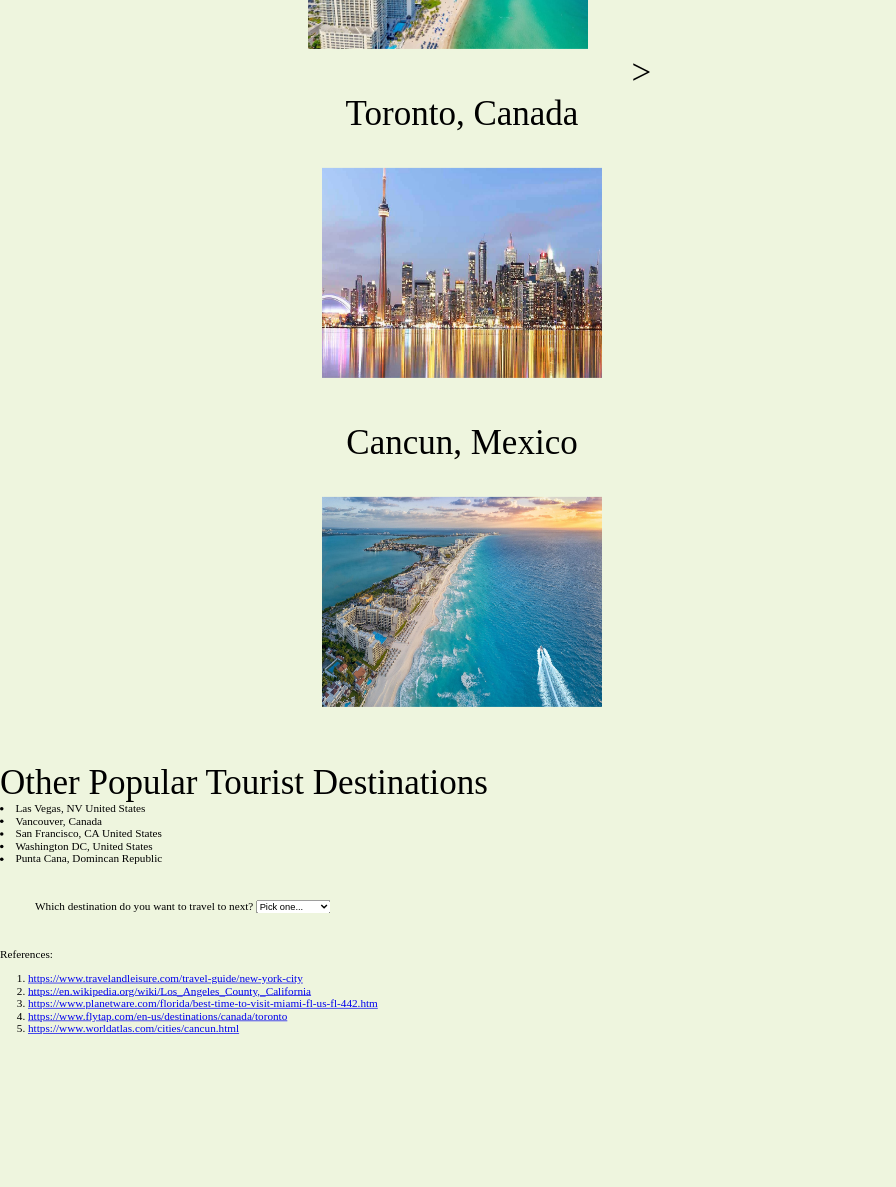
Repository: alharama/StaticWebsite
Page: na_page.html
An editor plug-in stored every save of this project. The page is shown before and after the next save, followed by the edit.
The browser window is 1280 px wide. The pictures show the part of the page from y = 1977 to 3897 px (the page is 3672 px tall before and 3897 px after), at 70% of full size.

Above is the page before, as saved 2021-09-30 01:11:31.

### na_page.html
<!DOCTYPE html>
<html lang="en">
<head>

    <link rel = "stylesheet" type="text/css" href="StyleSheet.css">
    <link rel="icon" href="World.ico">

    <title> North America </title>

    <style>

        #na {
            display: block;
            margin-left: auto;
            margin-right: auto;
            margin-top: 30px;
            width: auto;
            height: 300px;

        }

        #survey {
            margin: 50px;
        }




    </style>

</head>

<body>
    <header>
        North America


        <div id="languages">
            <div>Hello</div>
            <div>Bonjour</div>
            <div>Marhabaan</div>
            <div>Zdravstvuyte</div>
            <div>nǐ hǎo</div>
            <div>Salve</div>
            <div>Konnichiwa</div>
            <div>Guten Tag</div>
            <div>Goddag</div>
            <div>Shikamoo</div>
        </div>
    </header>


        <nav class="top_nav">
            <ul id="top_nav">
                <li><a href="/index.html">Home</a></li>
                <li><a href="/na_page.html">North America</a></li>
                <li><a href="/sa_page.html">South America</a></li>
                <li><a href="/eu_page.html">Europe</a></li>
                <li><a href="/af_page.html">Africa</a></li>
                <li><a href="/as_page.html">Asia</a></li>
                <li><a href="/au_page.html">Australia</a></li>
                <li><a href="/ant_page.html">Antarctica</a></li>
            </ul>
        </nav>

        <img id="na" src="images/NorthAmerica.png" alt="North america">


        <h1> Top Tourist Destinations in North America</h1>


        <ul class = "tourist_spots">
            <li> New York City, NY United States</li>

            <li><img id="dest" src="images/NY.jpeg" alt="NY"></li>
            <li> Los Angeles, CA United States</li>
            <li><img id = "dest" src="images/LA.jpeg" alt="LA"> </li>
            <li> Miami, FL United States</li>
            <li><img id = "dest" src="images/MIA.jpeg" alt = "MIA"> ></li>
            <li> Toronto, Canada</li>
            <li><img id = "dest" src="images/TOR.jpeg" alt="TOR"> </li>
            <li> Cancun, Mexico</li>
            <li><img id="dest" src="images/Cancun.jpeg" alt="Cancun"> </li>
        </ul>


            <div class = "extra_destinations">
                <div id="other_dest_header"> Other Popular Tourist Destinations</div>
                <li> Las Vegas, NV United States</li>
                <li> Vancouver, Canada</li>
                <li> San Francisco, CA United States</li>
                <li> Washington DC, United States</li>
                <li> Punta Cana, Domincan Republic</li>
            </div>





        <div id="survey">

            Which destination do you want to travel to next?
            <select>
                <option>Pick one...</option>
                <option>New York City</option>
                <option>Los Angeles</option>
                <option>Miami</option>
                <option>Toronto</option>
                <option>Cancun</option>
                <option>Las Vegas</option>
                <option>Vancouver</option>
            </select>

        </div>





</body>


    <footer>

        References:
            <ol></u>
                <li><a href="https://www.travelandleisure.com/travel-guide/new-york-city">https://www.travelandleisure.com/travel-guide/new-york-city</a></li>
                <li><a href="https://en.wikipedia.org/wiki/Los_Angeles_County,_California">https://en.wikipedia.org/wiki/Los_Angeles_County,_California</a></li>
                <li><a href="https://www.planetware.com/florida/best-time-to-visit-miami-fl-us-fl-442.htm">https://www.planetware.com/florida/best-time-to-visit-miami-fl-us-fl-442.htm</a></li>
                <li><a href="https://www.flytap.com/en-us/destinations/canada/toronto">https://www.flytap.com/en-us/destinations/canada/toronto</a></li>
                <li><a href="https://www.worldatlas.com/cities/cancun.html">https://www.worldatlas.com/cities/cancun.html</a></li>
            </ol>
    </footer>


</html>

### StyleSheet.css

 @import url('https://fonts.googleapis.com/css2?family=Kaushan+Script&display=swap');



 header {
    text-align: center;
    padding: 5px;
    font-family: 'Kaushan Script', cursive;
    font-size: 100px;
    border-bottom: 1px solid;

}

body{
    background: rgb(238, 245, 222);
    margin: 0px;
    padding-bottom: 200px;
}

.top_nav {
    width: 100%;
    font-size: 40px;
    text-align: center;
    color: red;

}

.top_nav ul {
    margin: 0px;
    color: blue;
}

.top_nav li {
    display: inline-block;

}

.top_nav a {
    text-decoration:underline;
    color: rgb(175, 52, 52);

}

.top_nav a:hover {
    background-color: lightgray;
}


#languages{

    display: flex;
    font-size: 20px;
    justify-content:space-around;
}



 h1 {
    text-align: center;
    font-family: 'Kaushan Script', cursive;
}

.tourist_spots {
    text-align: center;
}
.tourist_spots li {
    list-style: none;
    text-align: center;
    font-size: 50px;

}


#dest {
    width: 400px;
    height: 300px;
    padding: 50px;
}

#other_dest_header {
    font-size: 50px;
}
.extra_destinations li{
    padding: 20px
    font-size: 20px;
}

#survey {
    margin: 50px;
}

After the next save:
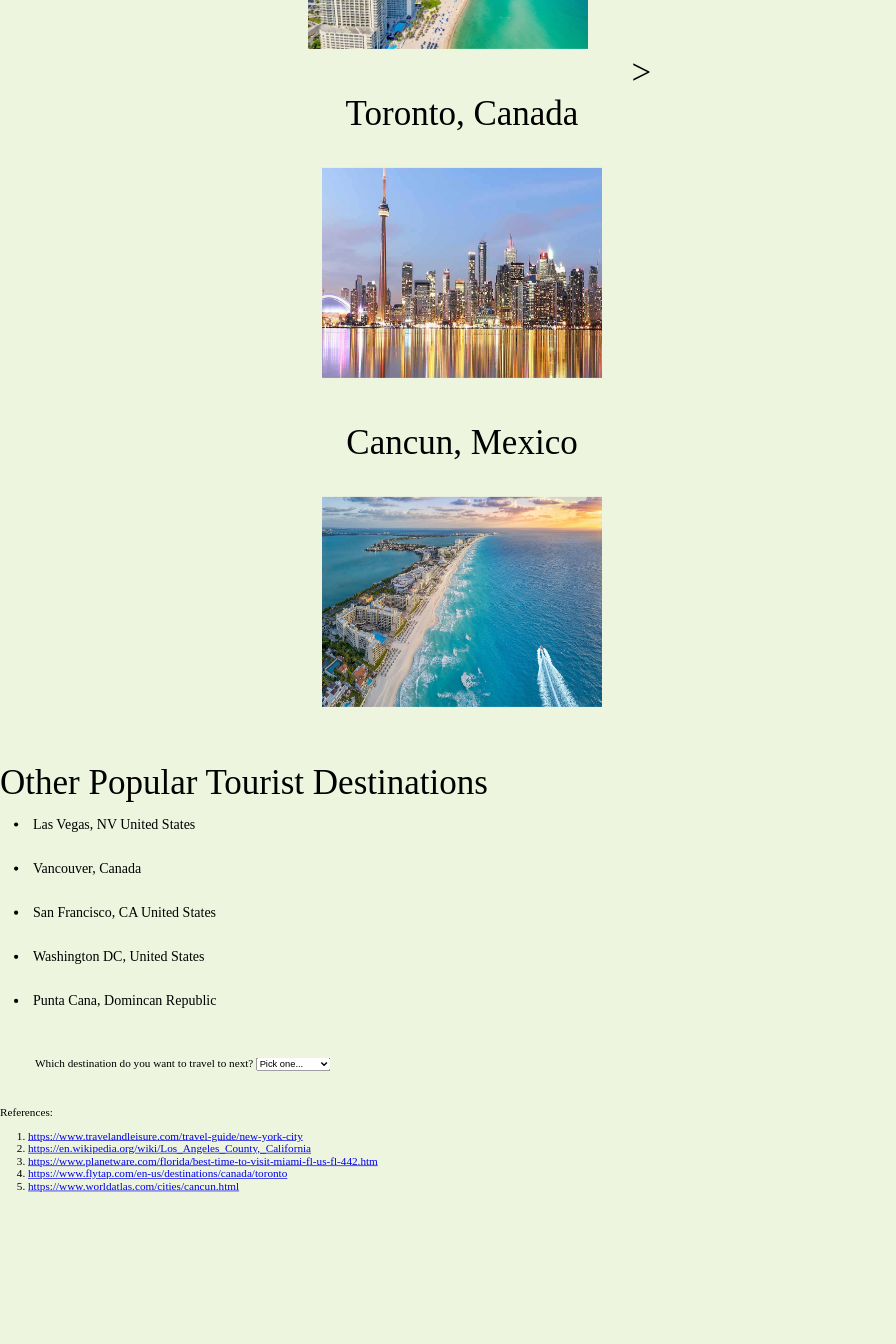
Saved 12 s later.
--- a/StyleSheet.css
+++ b/StyleSheet.css
@@ -82,7 +82,7 @@ body{
     font-size: 50px;
 }
 .extra_destinations li{
-    padding: 20px
+    padding: 20px;
     font-size: 20px;
 }
 
